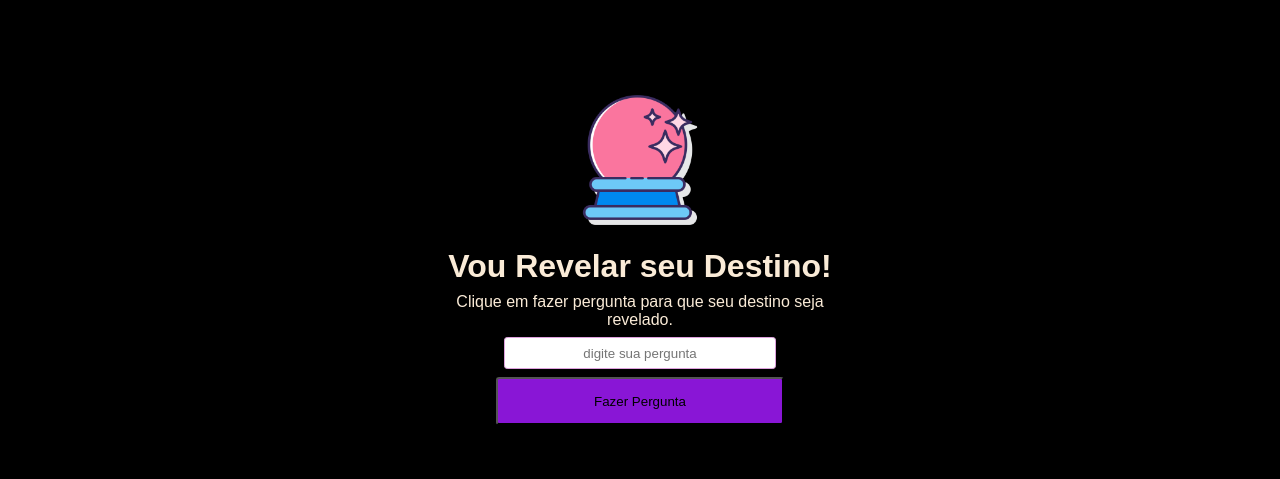
Repository: guilhermecardoso93/nlwexplorer
Page: index.html
The author's editor kept a copy of each file at every save. The page is drawn from the files as they stood at one save, then again after the next save.
The browser window is 1280 px wide. The pictures show the whole page.

Above is the page before, as saved 2022-06-08 23:46:25.

After the next save:
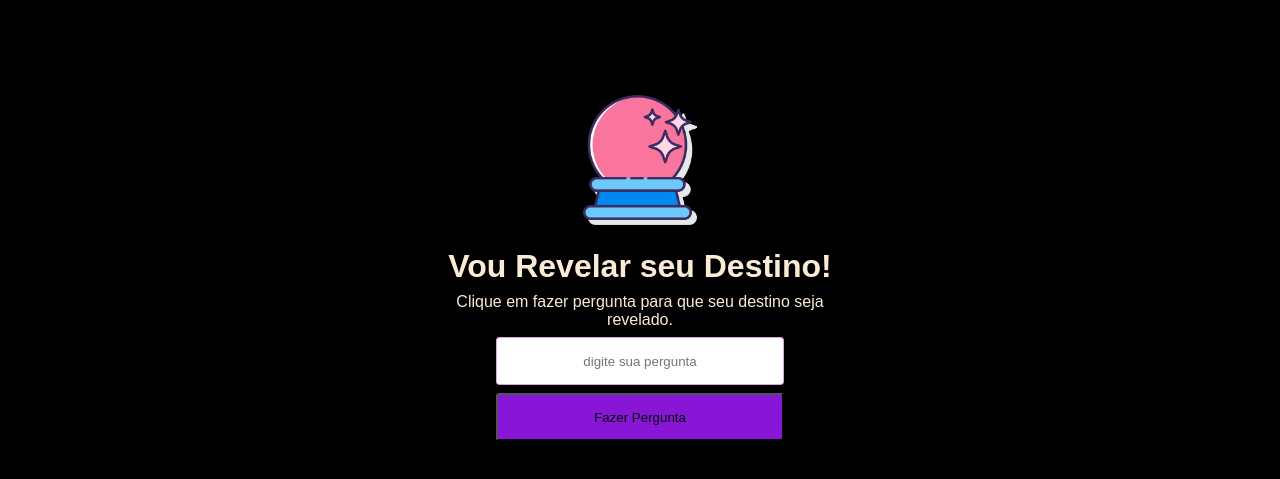
Saved 9 s later.
--- a/styles.css
+++ b/styles.css
@@ -27,8 +27,8 @@ body {
 }
 
 .principal input {
-  width: 17rem;
-  height: 2rem;
+  width: 18rem;
+  height: 3rem;
   text-align: center;
 
   border: 1px solid plum;
